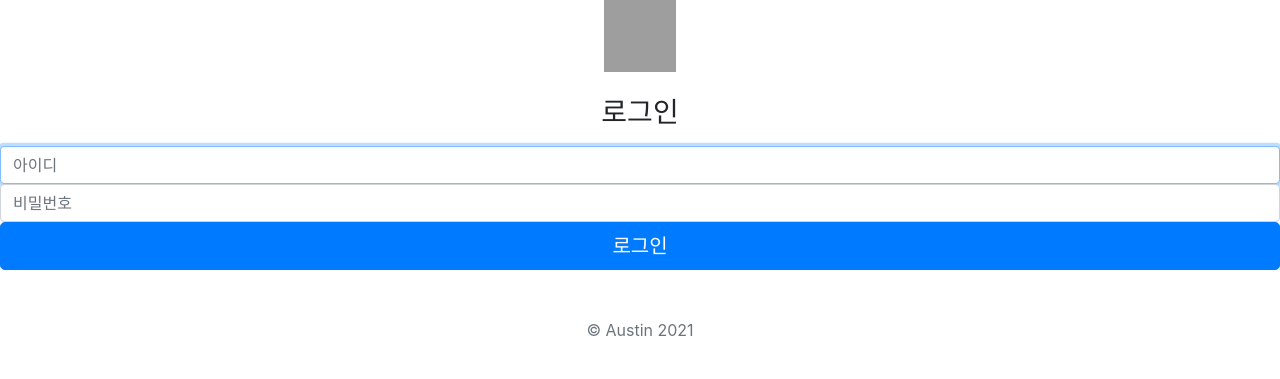
Repository: HimNahyeon/devClassBackup
Page: http://localhost/WebShop2/member/loginMember.jsp
These files come from the project's save history. The page is drawn as it stood at one moment and after a run of saves; the edit follows.
The browser window is 1280 px wide. The pictures show the whole page.
Pictures or frames that could not be fetched are drawn as grey boxes. The page is served by Tomcat 9. Other server files are loaded and not shown.

Above is the page before, as saved 2021-11-04 02:14:32.

### jsp/WebShop2/WebContent/member/loginMember.jsp
<%@ page language="java" contentType="text/html; charset=UTF-8"
    pageEncoding="UTF-8"%>
<!DOCTYPE html>
<html>
<head>
<meta charset="UTF-8">
<title>Insert title here</title>
    <style>
      .bd-placeholder-img {
        font-size: 1.125rem;
        text-anchor: middle;
        -webkit-user-select: none;
        -moz-user-select: none;
        -ms-user-select: none;
        user-select: none;
      }
      @media (min-width: 768px) {
        .bd-placeholder-img-lg {
          font-size: 3.5rem;
        }
      }
    </style>
    <link rel="stylesheet" href="https://stackpath.bootstrapcdn.com/bootstrap/4.3.1/css/bootstrap.min.css" integrity="sha384-ggOyR0iXCbMQv3Xipma34MD+dH/1fQ784/j6cY/iJTQUOhcWr7x9JvoRxT2MZw1T" crossorigin="anonymous">
    <!-- Custom styles for this template -->
    <link href="/resource/css/signin.css" rel="stylesheet">
</head>
 <body class="text-center">
    <form class="form-signin" action="loginCheck.jsp" method="post">
  <img class="mb-4" src="/resource/image/mine.jpg" alt="" width="72" height="72">
  <h1 class="h3 mb-3 font-weight-normal">로그인</h1>
  <label for="inputEmail" class="sr-only">아이디</label>
  <input type="text" id="inputEmail" name="id" class="form-control" placeholder="아이디" required autofocus>
  <label for="inputPassword" class="sr-only">비밀번호</label>
  <input type="password" id="inputPassword" name="pass" class="form-control" placeholder="비밀번호" required>

  <button class="btn btn-lg btn-primary btn-block" type="submit">로그인</button>
  <p class="mt-5 mb-3 text-muted">&copy; Austin 2021</p>
</form>
</body>
</html>

Loaded but not shown: jsp/WebShop2/WebContent/resource/css/signin.css (no copy from this time; the picture is the same without it)

After the next 2 saves:
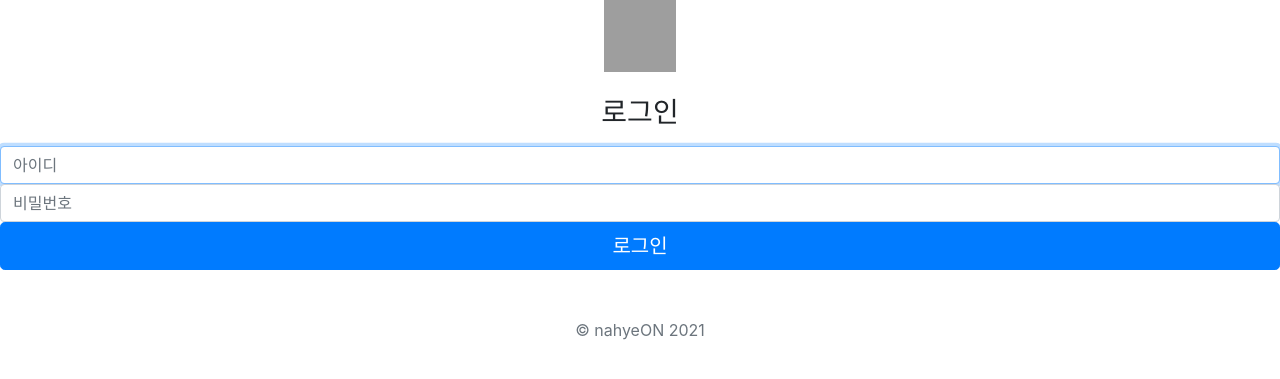
The 2 saves are shown as one change because they came seconds apart.
The last was saved 20 s later.
--- a/jsp/WebShop2/WebContent/member/loginMember.jsp
+++ b/jsp/WebShop2/WebContent/member/loginMember.jsp
@@ -34,7 +34,7 @@
   <input type="password" id="inputPassword" name="pass" class="form-control" placeholder="비밀번호" required>
 
   <button class="btn btn-lg btn-primary btn-block" type="submit">로그인</button>
-  <p class="mt-5 mb-3 text-muted">&copy; Austin 2021</p>
+  <p class="mt-5 mb-3 text-muted">&copy; nahyeON 2021</p>
 </form>
 </body>
 </html>
